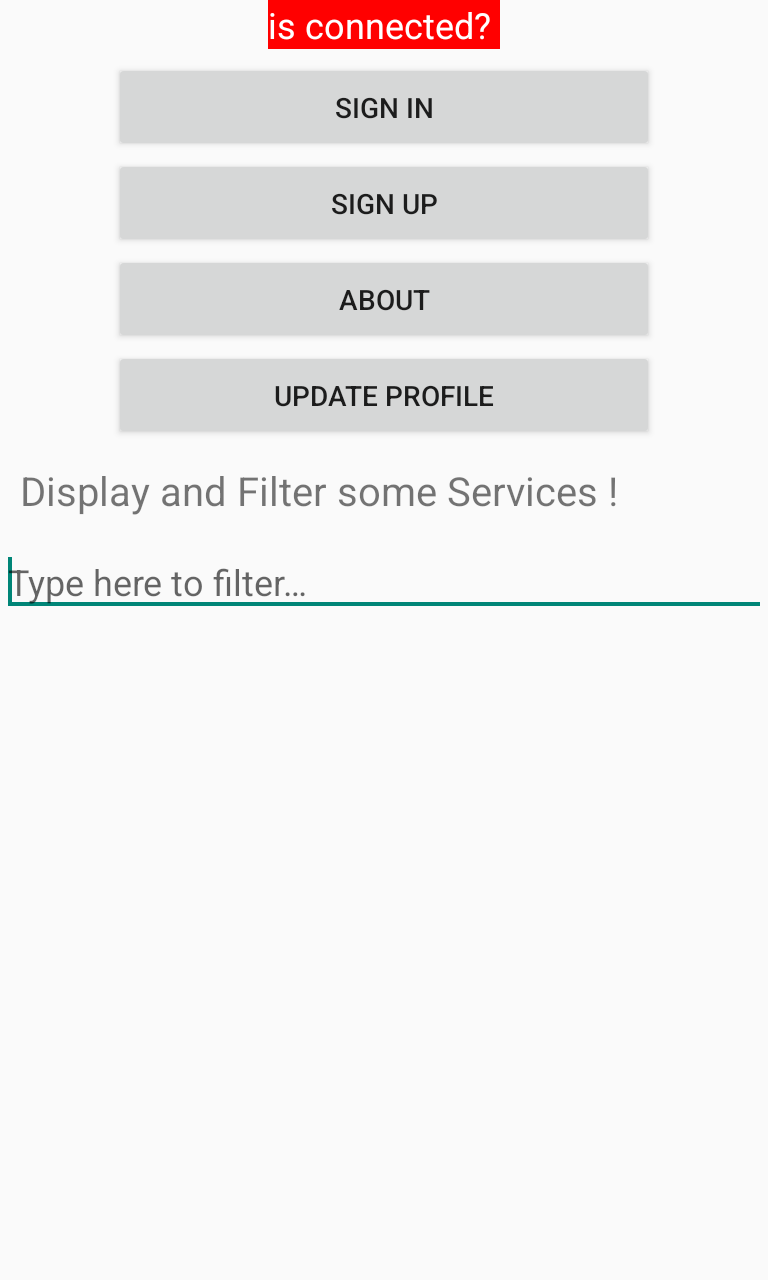
Repository: HAYKEL88/MASTER2_PFE
Layout: PFE_ANDROID/res/layout/activity_welcome.xml
These files come from the project's save history. The layout is drawn as it stood at one moment and after the next save; the edit follows.
It is drawn on a 768 x 1280 px phone screen (xhdpi) without system bars, with theme AppTheme; the app's code is not run. Lists and similar views that code fills are empty.

Above is the layout before, as saved 2014-12-18 21:42:13.

### PFE_ANDROID/res/layout/activity_welcome.xml
<?xml version="1.0" encoding="utf-8"?>
<LinearLayout xmlns:android="http://schemas.android.com/apk/res/android"
    android:layout_width="match_parent"
    android:layout_height="match_parent"
    android:orientation="vertical" >

    <TextView
        android:id="@+id/tvIsConnected"
        android:layout_width="wrap_content"
        android:layout_height="wrap_content"
        android:layout_gravity="center_horizontal"
        android:layout_marginBottom="5dp"
        android:background="#FF0000"
        android:text="is connected? "
        android:textColor="#FFF"
        android:textSize="18dp" />

    <Button
        android:id="@+id/registration"
        android:layout_width="272dp"
        android:layout_height="wrap_content"
        android:layout_gravity="center_horizontal"
        android:text="@string/button_signIn"
        android:onClick="signIn"/>

    <Button
        android:id="@+id/usersList"
        android:layout_width="272dp"
        android:layout_height="wrap_content"
        android:layout_gravity="center_horizontal"
        android:text="@string/button_signUp"
        android:onClick="signUp"/>

    <Button
        android:id="@+id/button1"
        android:layout_width="272dp"
        android:layout_height="wrap_content"
        android:layout_gravity="center_horizontal"
        android:text="@string/button_about"
        android:onClick="about"/>

    <Button
        android:id="@+id/button2"
        android:layout_width="272dp"
        android:layout_height="wrap_content"
        android:layout_gravity="center_horizontal"
        android:text="@string/button_contactUs"
        android:onClick="contactUs"/>


     <TextView android:layout_width="fill_parent"
  		android:layout_height="wrap_content" android:padding="10dp"
  		android:text="@string/some_services" android:textSize="20sp" />

 	<EditText android:id="@+id/myFilter" android:layout_width="match_parent"
  		android:layout_height="wrap_content" android:ems="10"
  		android:hint="@string/some_hint">
  	<requestFocus />
 	</EditText>

 	<ListView android:id="@+id/listView1" android:layout_width="fill_parent"
  	android:layout_height="fill_parent" />

</LinearLayout>

### PFE_ANDROID/res/values/strings.xml
<?xml version="1.0" encoding="utf-8"?>
<resources>

    <string name="app_name">PFE_Android</string>
    <string name="hello_world">Hello world!</string>
    <string name="action_settings">Settings</string>
    <string name="title_activity_sign_in">SignIn</string>
    <string name="title_activity_sign_up">SignUp</string>
    <string name="title_activity_welcome_user">WelcomeUser</string>
    <string name="title_activity_update_user">UpdateUser</string>
    <string name="title_activity_add_objectif">AddObjectif</string>
    <string name="title_activity_objectifs_list">ObjectifsList</string>
    <string name="title_activity_send_reclamation">SendReclamation</string>
    <string name="title_activity_sicknesses">Sicknesses</string>
    <string name="title_activity_welcome_admin">WelcomeAdmin</string>
    <string name="title_activity_update_admin">UpdateAdmin</string>
    <string name="title_activity_add_user">AddUser</string>
    <string name="title_activity_users_list">UsersList</string>
    <string name="title_activity_reclamations">Reclamations</string>
    <string name="title_activity_rules_list">RulesList</string>
    <string name="title_activity_add_rule">AddRule</string>
    <string name="title_activity_add_wickness">AddWickness</string>
    <string name="title_activity_wicknesses">Wicknesses</string>
    <string name="title_activity_about">About</string>
    <string name="title_activity_contact_us">ContactUs</string>


    <string name="button_signIn">sign In</string>
    <string name="button_signUp">sign Up</string>
    <string name="button_about">About</string>
    <string name="button_contactUs">Update Profile</string>
    <string name="button_addObjectif">Add Objectif</string>
    <string name="button_showObjectifs">Show Objectifs</string>
    <string name="button_sendReclamations">Send Reclamation</string>
    <string name="button_showSicknesses">Show Sicknesses</string>
    <string name="button_update">Update</string>
    <string name="button_add">Add</string>
    <string name="button_send">Send</string>
    <string name="button_save">Save</string>
    <string name="button_addUser">add User</string>
    <string name="button_showUsers">Show Users</string>
    <string name="button_showReclamations">Show Reclamations</string>
    <string name="button_showRules">Show Rules</string>
    <string name="button_addRule">Add Rule</string>
    <string name="button_addWicknesses">Add Wicknesses</string>
    <string name="some_users">  Display and Filter some Users!</string>
    <string name="some_services">  Display and Filter some Services !</string>
    <string name="some_hint">  Type here to filter&#8230;</string>


</resources>

Loaded but not shown: PFE_ANDROID/res/values/styles.xml (common file); PFE_ANDROID/res/values-v11/styles.xml (common file); PFE_ANDROID/res/values-v14/styles.xml (common file)

After the next save:
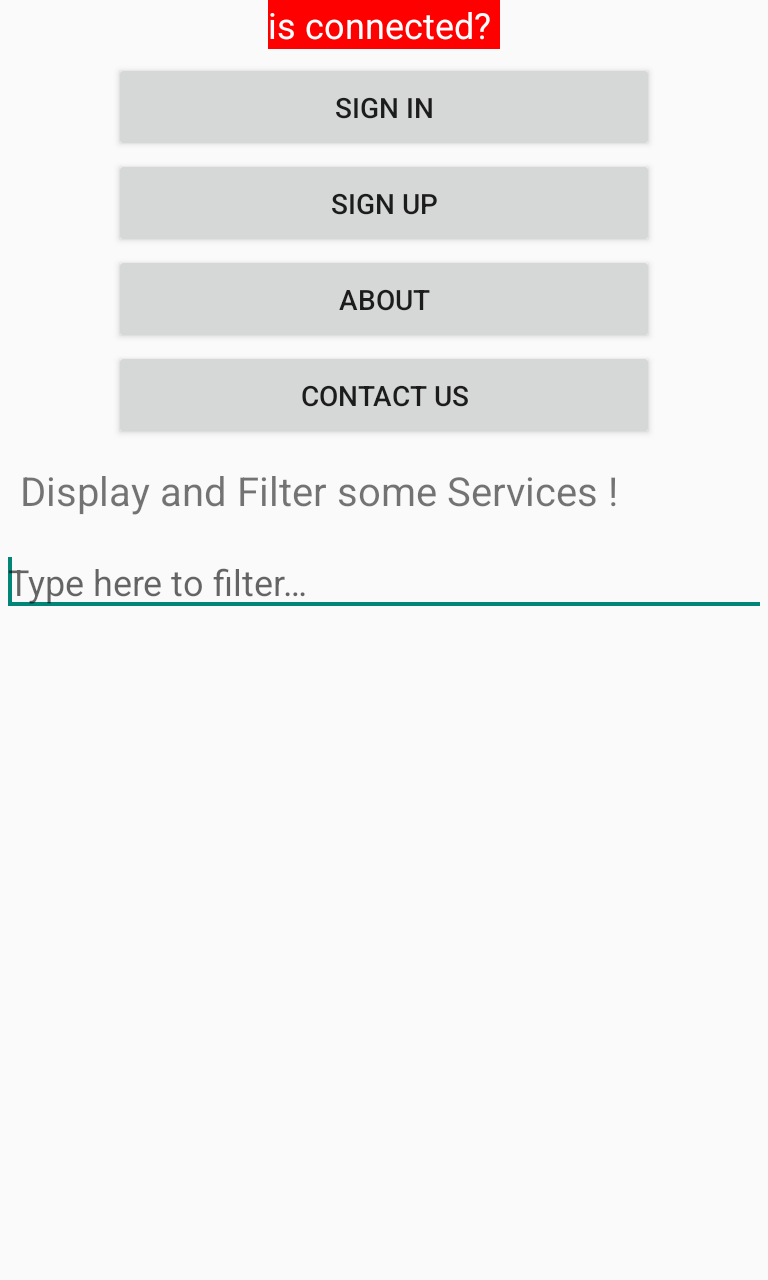
Saved 5 min 53 s later.
--- a/PFE_ANDROID/res/values/strings.xml
+++ b/PFE_ANDROID/res/values/strings.xml
@@ -28,7 +28,8 @@
     <string name="button_signIn">sign In</string>
     <string name="button_signUp">sign Up</string>
     <string name="button_about">About</string>
-    <string name="button_contactUs">Update Profile</string>
+    <string name="button_contactUs">Contact US</string>
+    <string name="button_updateProfile">Update Profile</string>
     <string name="button_addObjectif">Add Objectif</string>
     <string name="button_showObjectifs">Show Objectifs</string>
     <string name="button_sendReclamations">Send Reclamation</string>
